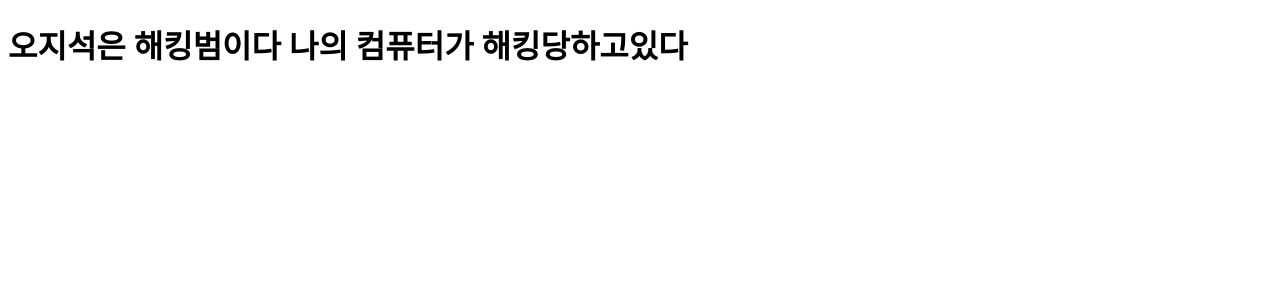
Repository: pencil-HB/SSAFY_Backend
Page: basic_servlet/src/main/webapp/my.html
The author's editor kept a copy of each file at every save. The page is drawn from the files as they stood at one save, then again after the next save.
The browser window is 1280 px wide. The pictures show the whole page.

Above is the page before, as saved 2024-09-23 01:14:40.

### basic_servlet/src/main/webapp/my.html
<!DOCTYPE html>
<html>
<head>
<meta charset="EUC-KR">
<title>Insert title here</title>
</head>
<body>
<h1>오지석은 해킹범이다 나의 컴퓨터가 해킹당하고있다</h1>
</body>
</html>

After the next save:
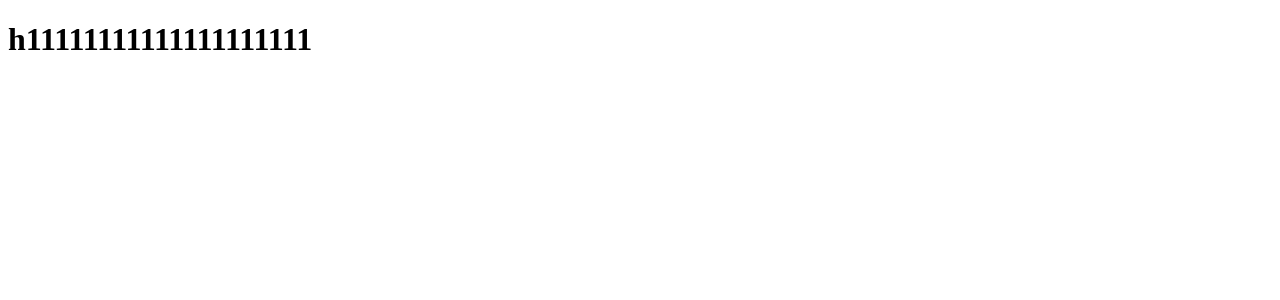
Saved 2 min 4 s later.
--- a/basic_servlet/src/main/webapp/my.html
+++ b/basic_servlet/src/main/webapp/my.html
@@ -5,6 +5,6 @@
 <title>Insert title here</title>
 </head>
 <body>
-<h1>오지석은 해킹범이다 나의 컴퓨터가 해킹당하고있다</h1>
+<h1>h11111111111111111111</h1>
 </body>
 </html>
